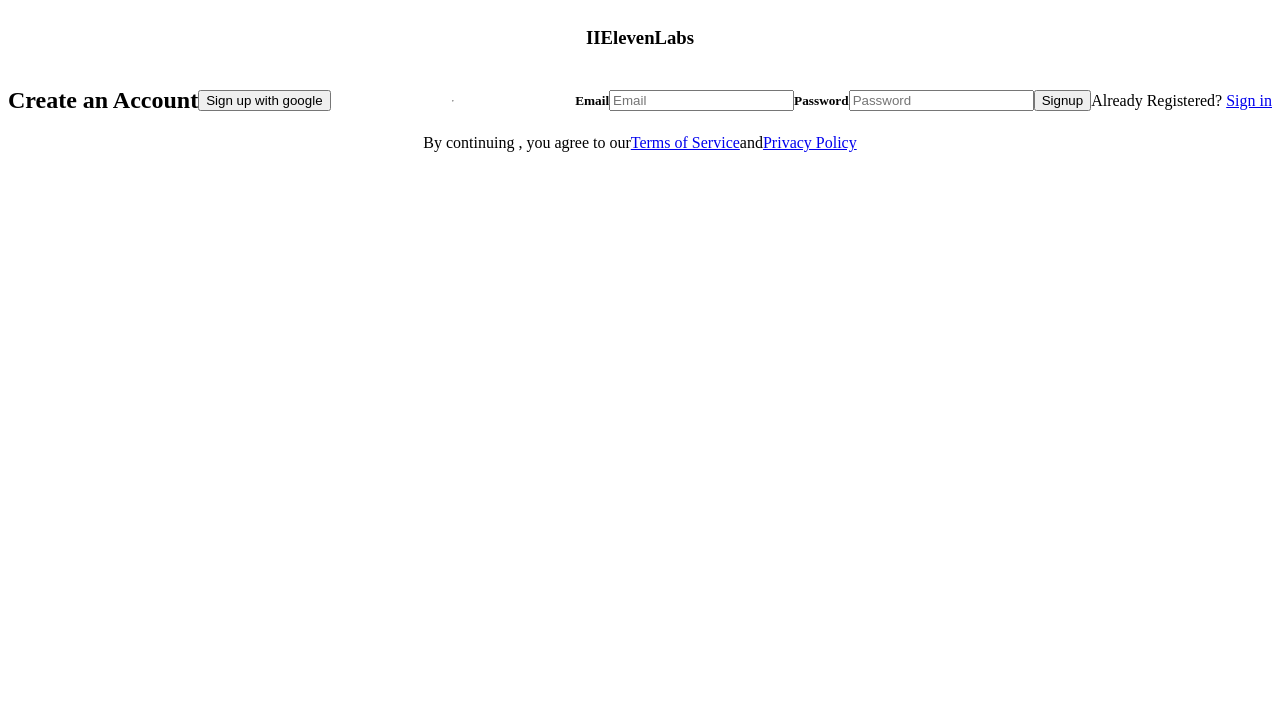
Repository: RohanSai22/harkirat-cohort-learnings
Page: Web/w1_a.html
An editor plug-in stored every save of this project. The page is shown before and after the next save, followed by the edit.
The browser window is 1280 px wide. The pictures show the whole page.

Above is the page before, as saved 2026-03-24 10:07:50.

### Web/w1_a.html
<html>
    <head>
        <title>Elevel Labs Assignment</title>
    </head>
    <body>
        <div style="display: flex; flex-direction: column; min-width: 100vh;">
            <div style="display:flex; justify-content: center;">
                <h3>IIElevenLabs</h3>
            </div>
            <div style="display:flex; justify-content: center; align-items: center;">
                <h2>Create an Account</h2>
                <button onclick="window.location.href='https://www.gmail.com'">Sign up with google</button>
                <hr>
                <h5>Email</h5>
                <input type="email" placeholder="Email"/>
                <h5>Password</h5>
                <input type="password" placeholder="Password"/>
                <button>Signup</button>
                <p>
                    Already Registered?
                    <a href="https://www.gmail.com">Sign in</a>
                </p>
            </div>
            <div style="display:flex; justify-content: center;">
                By continuing , you agree to our <a href="https://www.google.com/terms-and-conditions">Terms of Service</a> and <a href="https://www.google.com/privacy-policy">Privacy Policy</a>
            </div>
        </div>
    </body>
</html>

After the next save:
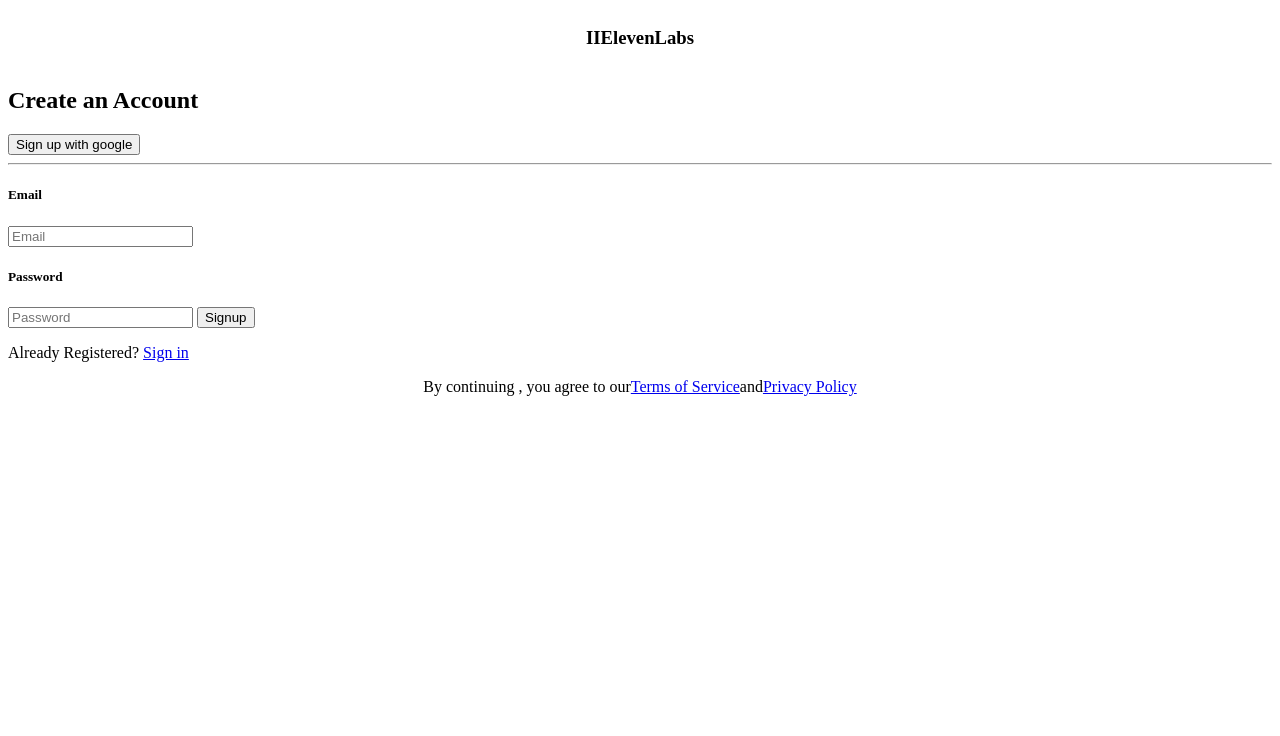
Saved 24 s later.
--- a/Web/w1_a.html
+++ b/Web/w1_a.html
@@ -3,11 +3,11 @@
         <title>Elevel Labs Assignment</title>
     </head>
     <body>
-        <div style="display: flex; flex-direction: column; min-width: 100vh;">
+        <div style="display: flex; flex-direction: column; min-height: 100vh;">
             <div style="display:flex; justify-content: center;">
                 <h3>IIElevenLabs</h3>
             </div>
-            <div style="display:flex; justify-content: center; align-items: center;">
+            <div>
                 <h2>Create an Account</h2>
                 <button onclick="window.location.href='https://www.gmail.com'">Sign up with google</button>
                 <hr>
